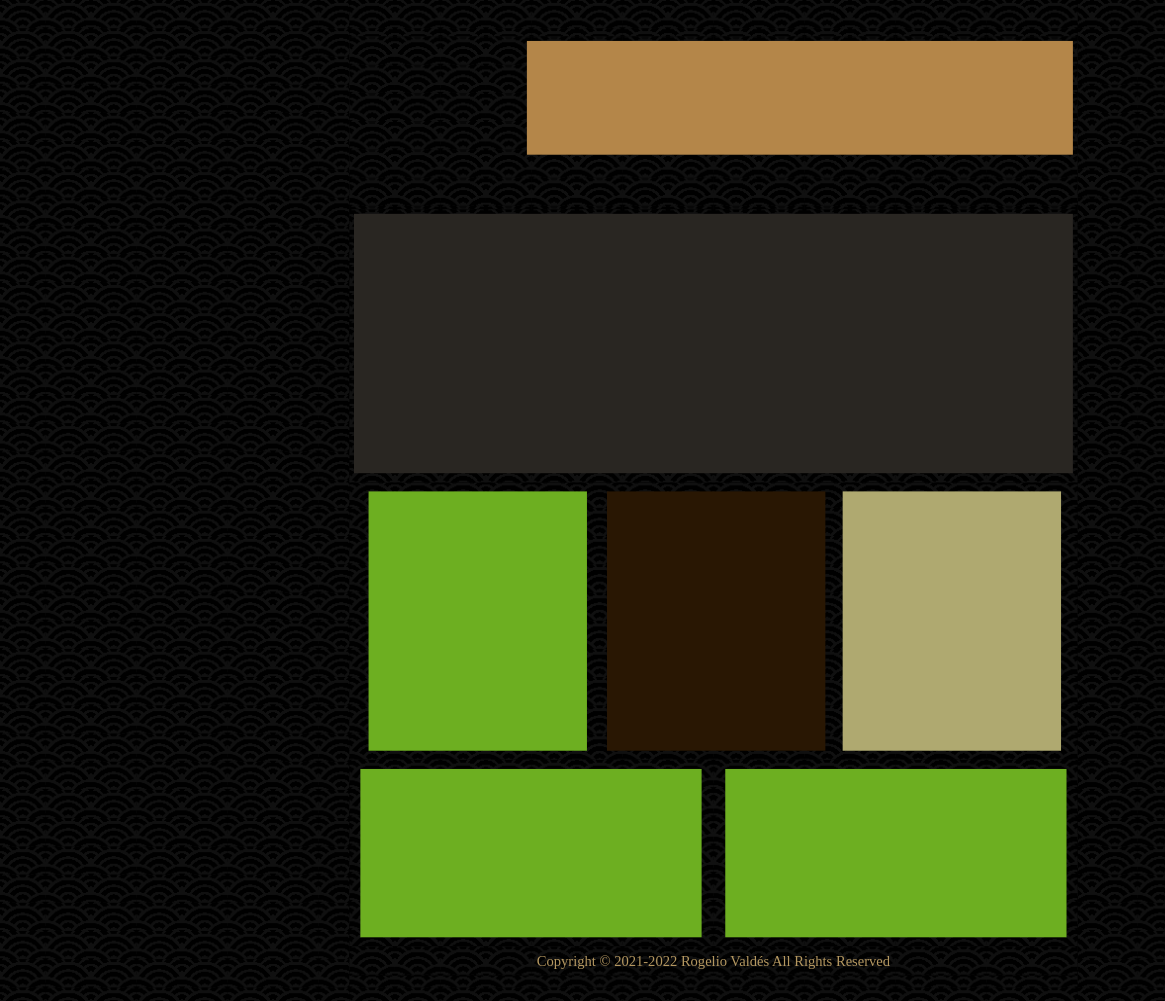
Repository: roge64/htmlfrontend
Page: index.html
The author's editor kept a copy of each file at every save. The page is drawn from the files as they stood at one save, then again after the next save.
The browser window is 1280 px wide. The pictures show the whole page, at 91% of full size.

Above is the page before, as saved 2022-03-03 10:05:22.

After the next save:
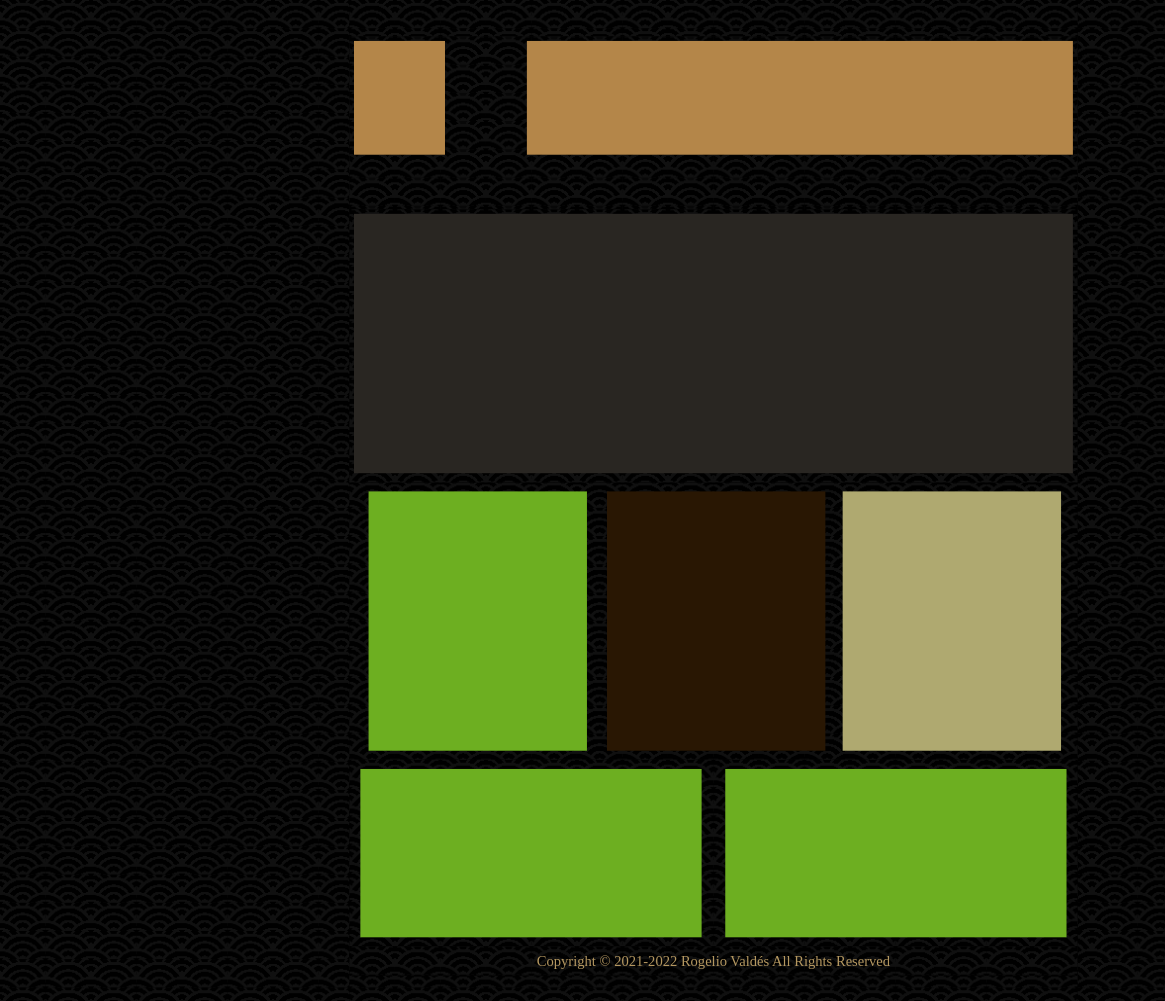
Saved 49 s later.
--- a/estilos/estilos.css
+++ b/estilos/estilos.css
@@ -93,7 +93,7 @@ footer{
 
 }
 
-#banner #banner2{
+#banner #banner1{
     background-color: rgb(180, 134, 73);
     width: 100px;
     height: 125px;
